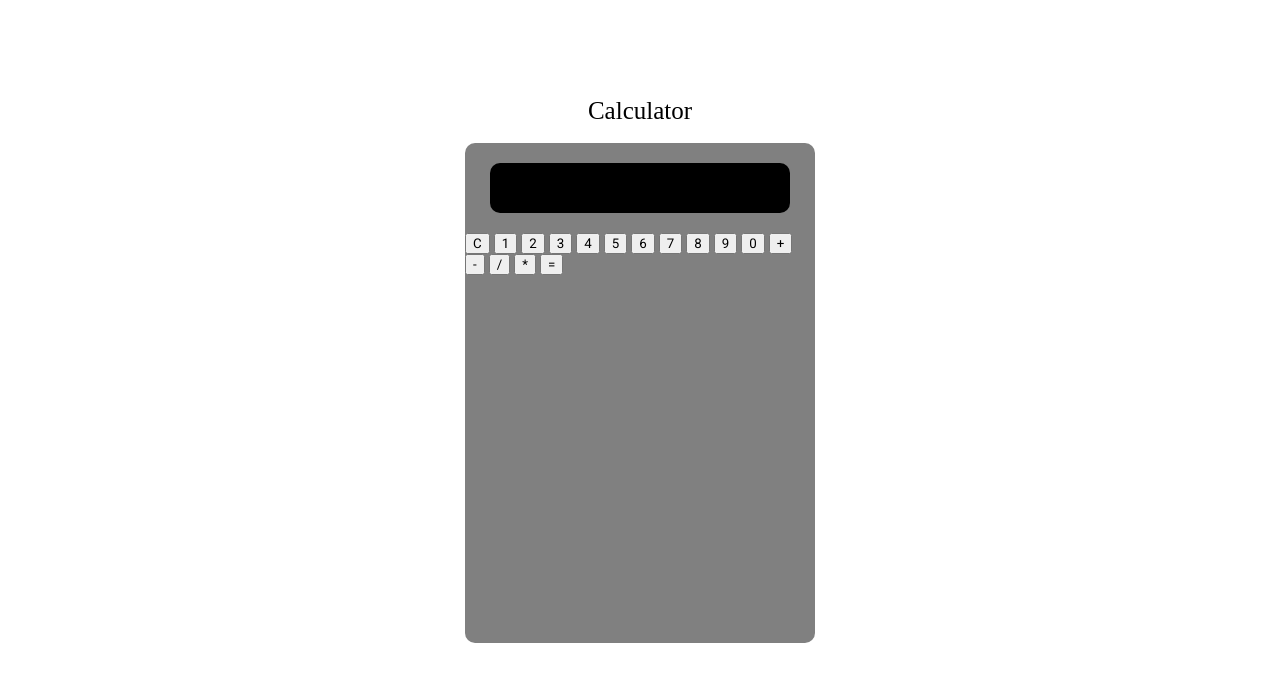
Repository: Gibon9/SimpleCalc
Page: index.html
An editor plug-in stored every save of this project. The page is shown before and after the next save, followed by the edit.
The browser window is 1280 px wide. The pictures show the whole page.
Some web fonts or font styles are not loaded; a fallback is used.

Above is the page before, as saved 2020-11-25 21:04:11.

After the next save:
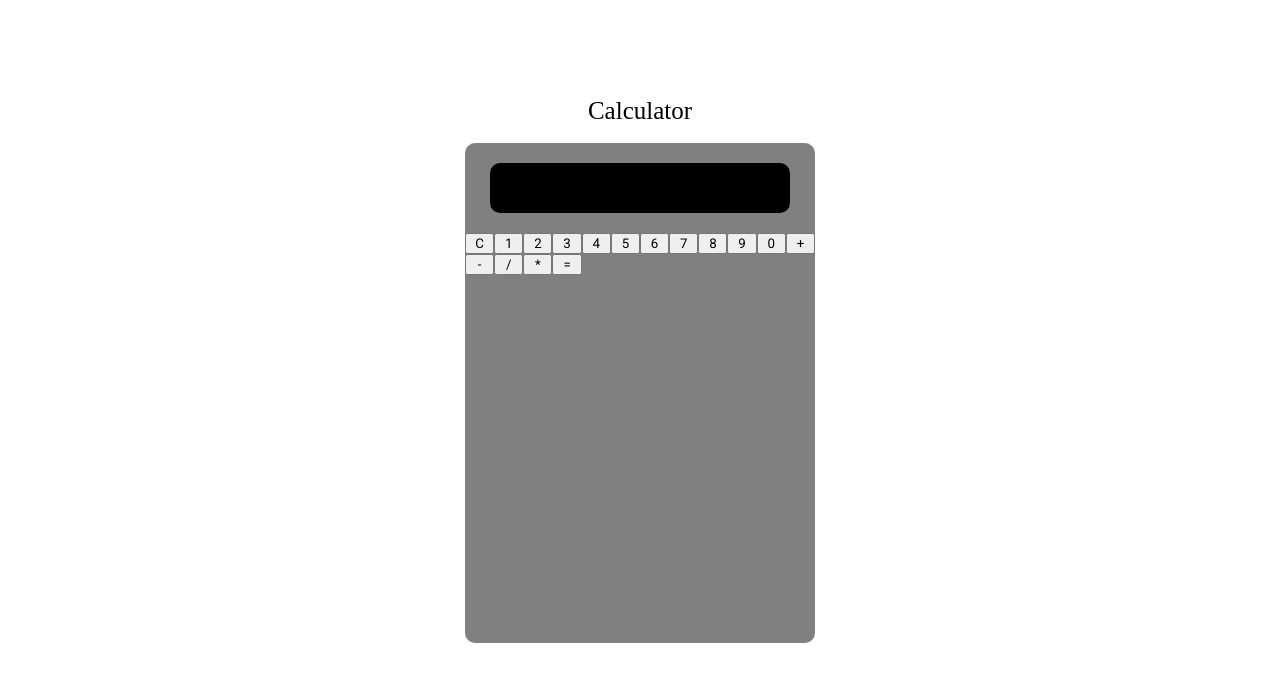
Saved 45 h 17 min later.
--- a/style/style.css
+++ b/style/style.css
@@ -46,3 +46,8 @@
   border-radius: 10px;
   font-size: 40px;
 }
+
+.keyboard {
+  display: grid;
+  grid-template-columns: repeat(12, 1fr);
+}
